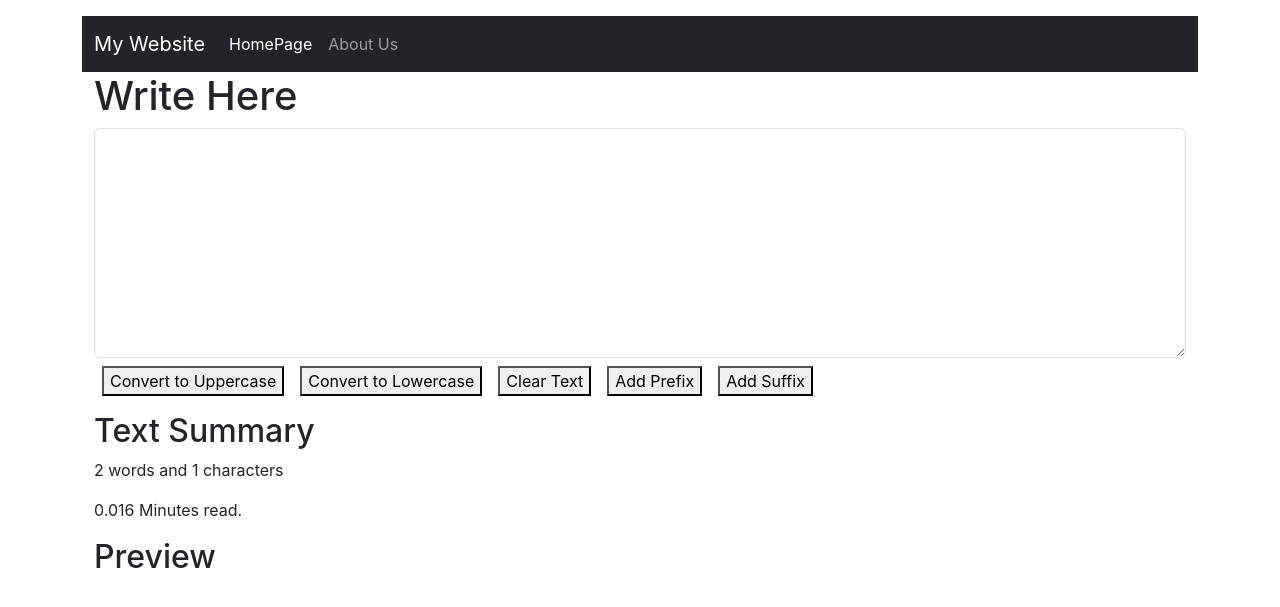
Repository: WajihaGul/Reactjs
Page: /
These files come from the project's save history. The page is drawn as it stood at one moment and after the next save; the edit follows.
The browser window is 1280 px wide. The pictures show the whole page.
The project was rebuilt for these pictures with package versions that can differ from the ones it lists, and the page was loaded fresh each time. Also part of the build but not shown: src/App.css, src/Components/Alert.js, src/Components/About.js.

Above is the page before, as saved 2024-02-12 20:30:29.

### public/index.html
<!DOCTYPE html>
<html lang="en">
  <head>
    <meta charset="utf-8" />
    <link rel="icon" href="favicon-16x16.png" />
    <meta name="viewport" content="width=device-width, initial-scale=1" />
    <meta name="theme-color" content="#000000" />
    <meta
      name="TextUtils"
      content="Web site created using create-react-app"
    />
    <link rel="apple-touch-icon" href="%PUBLIC_URL%/logo192.png" />
    <!--
      manifest.json provides metadata used when your web app is installed on a
      user's mobile device or desktop. See https://developers.google.com/web/fundamentals/web-app-manifest/
    -->
    <link rel="manifest" href="%PUBLIC_URL%/manifest.json" />
    <!--
      Notice the use of %PUBLIC_URL% in the tags above.
      It will be replaced with the URL of the `public` folder during the build.
      Only files inside the `public` folder can be referenced from the HTML.

      Unlike "/favicon.ico" or "favicon.ico", "%PUBLIC_URL%/favicon.ico" will
      work correctly both with client-side routing and a non-root public URL.
      Learn how to configure a non-root public URL by running `npm run build`.
    -->


    <link href="https://cdn.jsdelivr.net/npm/bootstrap@5.3.2/dist/css/bootstrap.min.css" rel="stylesheet" integrity="sha384-T3c6CoIi6uLrA9TneNEoa7RxnatzjcDSCmG1MXxSR1GAsXEV/Dwwykc2MPK8M2HN" crossorigin="anonymous">
    <title>TextUtils</title>

  </head>
  <body>
    <noscript>You need to enable JavaScript to run this app.</noscript>
    <div id="root"></div>
    <script src="https://cdn.jsdelivr.net/npm/bootstrap@5.3.2/dist/js/bootstrap.bundle.min.js" integrity="sha384-C6RzsynM9kWDrMNeT87bh95OGNyZPhcTNXj1NW7RuBCsyN/o0jlpcV8Qyq46cDfL" crossorigin="anonymous"></script>

  </body>
</html>

### src/App.js
import './App.css';
import Navbar from './Components/Navbar';
import Alert from './Components/Alert';
import TextArea from  './Components/TextArea';
import About from './Components/About';
import React, { useState } from 'react';
import {
  BrowserRouter as Router,
  Routes,
  Route,
} from "react-router-dom";

function App() {
const  [alert, setAlert] = useState(null);

const showAlert=(message,type)=>{
  setAlert({
    msg:message,
    type:type
  });
  setTimeout(()=>{
    setAlert(null)
  },3000);
}


return (
  <Router>
    <div className="container my-3">
      <Navbar title="My Website" about="About Us" home="HomePage" />
      <Alert alert={alert} />
      <Routes>
        <Route path="/" element={<TextArea showAlert={showAlert} />} />
        <Route path="/about" element={<About />} />
      </Routes>
    </div>
  </Router>
);
}

export default App;

### src/Components/Navbar.js
import React from 'react'
import PropTypes from 'prop-types'
import { Link } from 'react-router-dom'
export default function Navbar(props) {
  return (
    <nav className="navbar navbar-expand-lg navbar-dark bg-dark">
        <div className="container-fluid">
          <Link className="navbar-brand" to="/">{props.title}</Link>
          <button className="navbar-toggler" type="button" data-bs-toggle="collapse" data-bs-target="#navbarSupportedContent" aria-controls="navbarSupportedContent" aria-expanded="false" aria-label="Toggle navigation">
            <span className="navbar-toggler-icon"></span>
          </button>
          <div className="collapse navbar-collapse" id="navbarSupportedContent">
            <ul className="navbar-nav me-auto mb-2 mb-lg-0">
              <li className="nav-item">
                <Link className="nav-link active" aria-current="page" to="/">{props.home}</Link>
              </li>
              <li className="nav-item">
                <Link className="nav-link" to="/About">{props.about}</Link>
              </li>

            </ul>
            {/*<form className="d-flex" role="search">
              <input className="form-control me-2" type="search" placeholder="Search" aria-label="Search"/>
              <button className="btn btn-outline-success" type="submit">Search</button>
            </form>

            <div className="form-check form-switch">
              <input className="form-check-input" onClick={props.switchMode} type="checkbox" role="switch" id="flexSwitchCheckDefault" />
               <label className="form-check-label" htmlFor="flexSwitchCheckDefault">Switch Mode</label>
              </div>

                <div className={`form-check form-switch text-${props.mode==='light'?'dark':'light'}`}>
                        <input className="form-check-input" onClick={props.toggleMode} type="checkbox" id="flexSwitchCheckDefault"/>
                        <label className="form-check-label" htmlFor="flexSwitchCheckDefault">Enable DarkMode</label>
                    </div>
                    */}
          </div>
        </div>
      </nav>
  )
}
Navbar.propTypes = {
    title: PropTypes.string ,
    about: PropTypes.string ,
    home: PropTypes.string
}
Navbar.defaultProps = {
    title : "Home",
    about : "About",

}

### src/Components/TextArea.js
import { useState } from "react"
import React from 'react'

export default function TextArea(props) {

    const textOnChange=(event)=>{
        setText(event.target.value);
    }

    const textUpper=()=>{
        let newText=text.toUpperCase();
        setText(newText);
        props.showAlert("Text converted to UpperCase","success")
    }

    const textLower=()=>{
        let newText=text.toLowerCase();
        setText(newText);
        props.showAlert("Text converted to LowerCase","success")
    }

    const textClear=()=>{
        let newText=' ';
        setText(newText);
        props.showAlert("Cleared the Text Area","success");
    }

    const prefixText=()=>{
        let newText='New Text ' +text;
        setText(newText);
        props.showAlert(`Added Prefix to the Text`,"success")
    }

    const suffixText=()=>{
        let newText= text + ' New Text ';
        setText(newText);
        props.showAlert('Appended Suffix to the Text','success')
    }

    const [text,setText]=useState(' ');

    return (
   <>
    <div className='container'>
        <h1>Write Here</h1>
  <textarea className="form-control" value={text} onChange={textOnChange} id="floatingTextarea" rows={9}></textarea>
  <button className="btn1  mx-2 my-2" onClick={textUpper}  >Convert to Uppercase</button>
  <button className="btn2 mx-2 my-2" onClick={textLower}  >Convert to Lowercase</button>
  <button className="btn3 mx-2 " onClick={textClear}  >Clear Text</button>
  <button className="btn4 mx-2 " onClick={prefixText}  >Add Prefix</button>
  <button className="btn5 mx-2 " onClick={suffixText}  >Add Suffix</button>

  </div>
  <div className="container my-2">
    <h2 >Text Summary</h2>
    <p>{text.split(' ').length} words and {text.length} characters</p>
    <p>{0.008*text.split(' ').length} Minutes read.</p>
    <h2>Preview</h2>
    <p><b>{text}</b></p>
  </div>
  </>
  )
}

Loaded but not shown: src/index.js (common file); src/index.css (common file); src/reportWebVitals.js (common file)

After the next save:
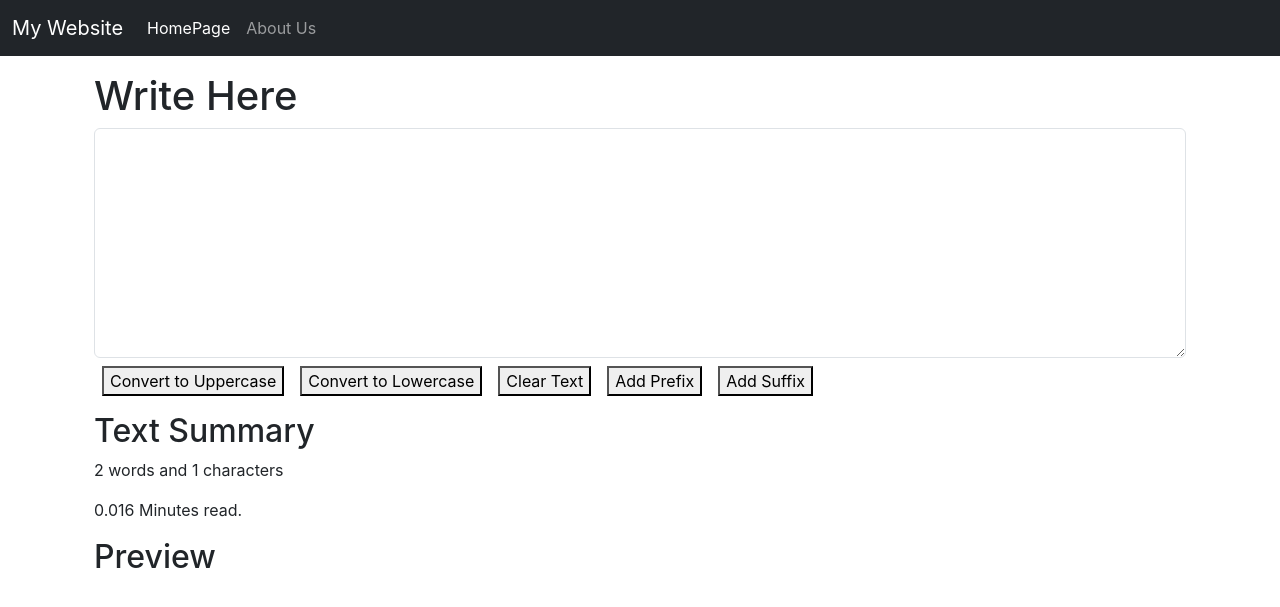
Saved 20 s later.
--- a/src/App.js
+++ b/src/App.js
@@ -26,9 +26,9 @@ const showAlert=(message,type)=>{
 
 return (
   <Router>
-    <div className="container my-3">
       <Navbar title="My Website" about="About Us" home="HomePage" />
       <Alert alert={alert} />
+      <div className="container my-3">
       <Routes>
         <Route path="/" element={<TextArea showAlert={showAlert} />} />
         <Route path="/about" element={<About />} />
